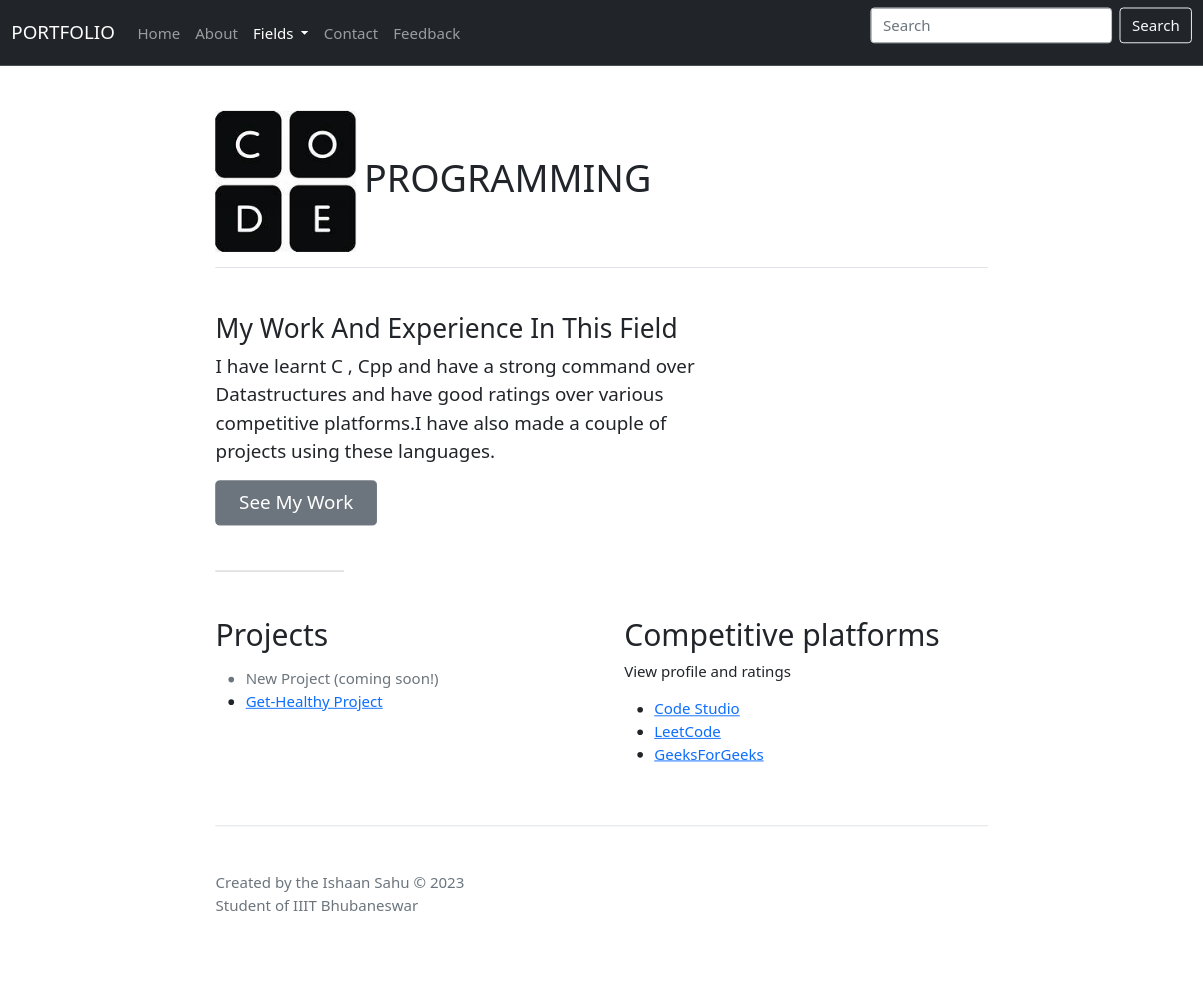
Repository: ishaan51551/Ishaan-s-Portfolio-
Page: programming.html
An editor plug-in stored every save of this project. The page is shown before and after the next save, followed by the edit.
The browser window is 1280 px wide. The pictures show the whole page, at 94% of full size.

Above is the page before, as saved 2023-09-13 15:43:18.

After the next save:
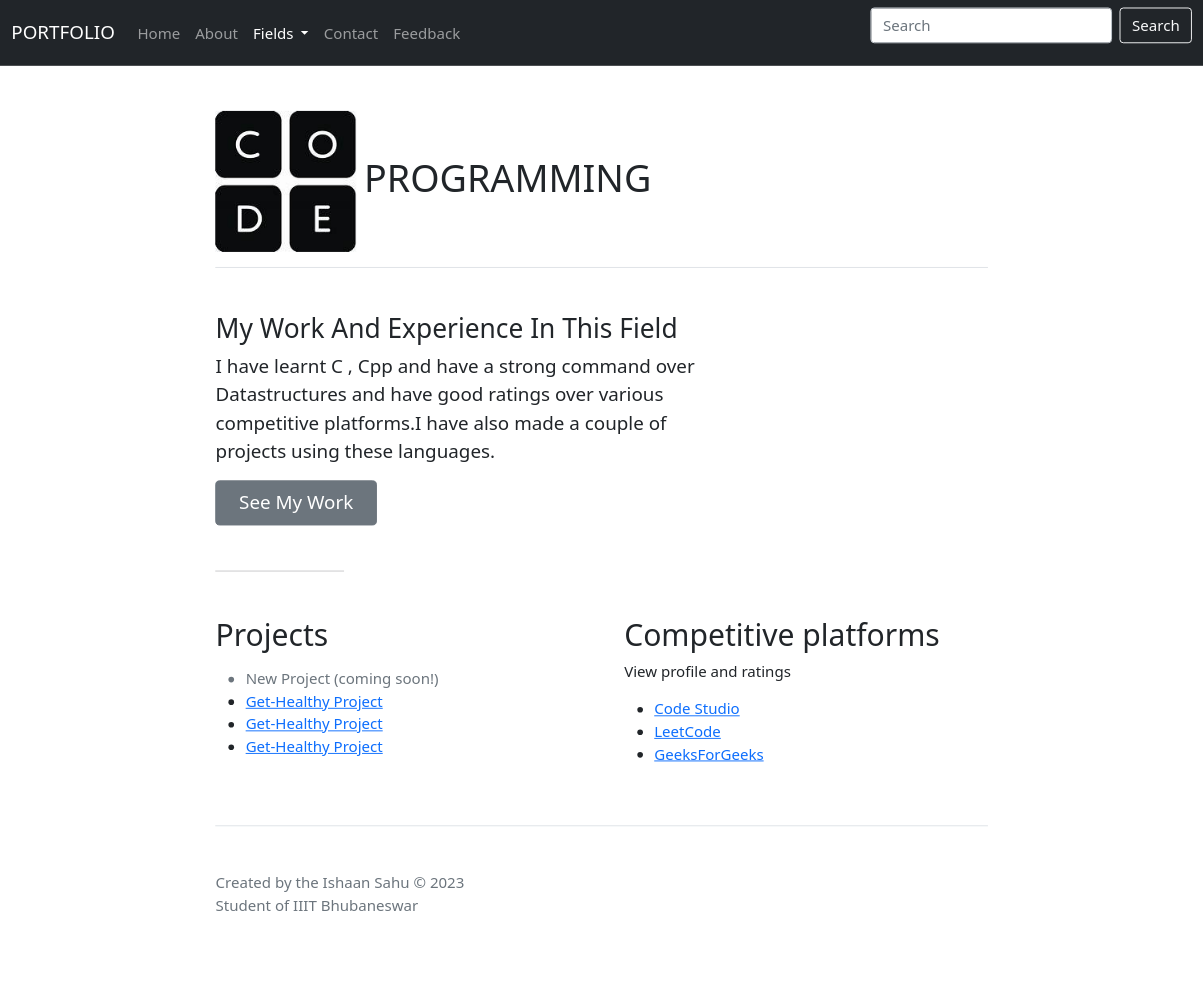
Saved 5 s later.
--- a/programming.html
+++ b/programming.html
@@ -94,6 +94,8 @@
               <ul class="icon-list">
                 <li class="text-muted">New Project (coming soon!)</li>
                 <li><a href="https://github.com/Ragini-sharma21/Music-Track-Arrangement-Project" rel="noopener" target="_blank">Get-Healthy Project</a></li>
+                <li><a href="https://github.com/Ragini-sharma21/Music-Track-Arrangement-Project" rel="noopener" target="_blank">Get-Healthy Project</a></li>
+                <li><a href="https://github.com/Ragini-sharma21/Music-Track-Arrangement-Project" rel="noopener" target="_blank">Get-Healthy Project</a></li>
               </ul>
             </div>
 
